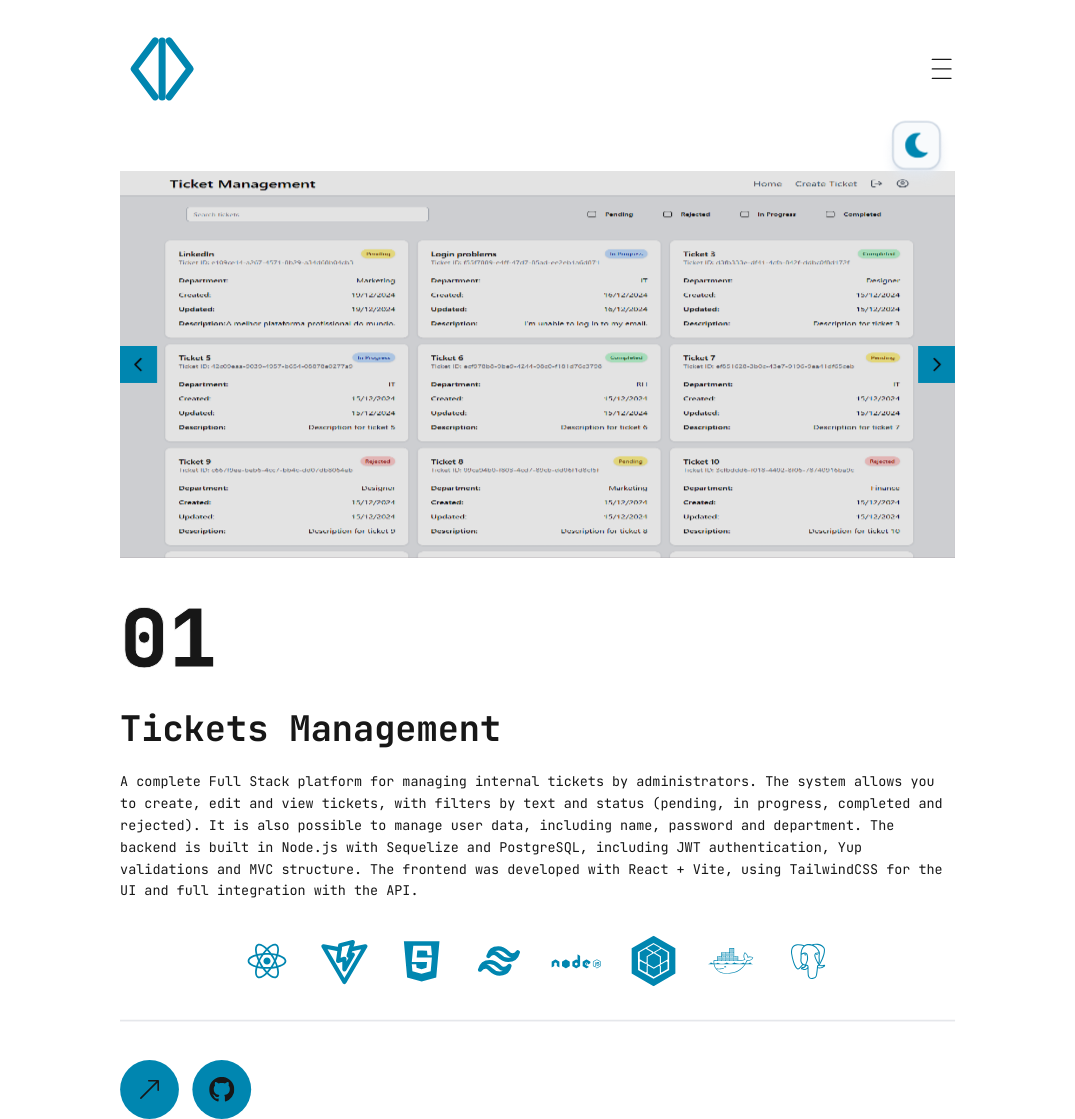
Repository: sergioscker/sergio-portfolio
Page: /work
These files come from the project's save history. The page is drawn as it stood at one moment and after a run of saves; the edit follows.
The browser window is 1280 px wide. The pictures show the whole page, at 84% of full size.
The project was rebuilt for these pictures with package versions that can differ from the ones it lists, and the page was loaded fresh each time. The framework's server and built-in components were replaced by stand-ins that run in the browser. Also part of the build but not shown: next.config.mjs.

Above is the page before, as saved 2025-05-19 21:22:36.

### app/layout.jsx
// fonts
import { JetBrains_Mono } from 'next/font/google';
import './globals.css';

//components
import PageTransition from '@/components/PageTransition';

// import StairTransition from '@/components/StairTransition';
import { Header } from '@/components/Header';
import ThemeSwitcher from '@/components/ThemeSwitcher';
import ThemeProviderWrapper from '@/components/ThemeProvider';
import ClientOnly from '@/components/ClientOnly';

// fonts style
const jetBrainsMono = JetBrains_Mono({
  subsets: ['latin'],
  variable: '--font-jetbrainsMono',
  weight: ['100', '200', '300', '400', '500', '600', '700', '800'],
  display: 'swap',
});

// SEO
export const metadata = {
  title: 'Sérgio Oliveira | Fullstack Developer',
  description:
    'Portfólio profissional de Sérgio Oliveira, desenvolvedor web fullstack especializado em JavaScript, React, Node.js, TypeScript e Next.js. Veja projetos de alta performance e design moderno.',
  keywords:
    'Sérgio Oliveira, Sergio Oliveira portfolio, desenvolvedor web, fullstack developer, frontend, JavaScript, React, Nextjs, Nodejs, TypeScript, projetos web',
  openGraph: {
    title: 'Portfólio | Sérgio Oliveira',
    description:
      'Explore os projetos desenvolvidos por Sérgio Oliveira: soluções modernas em React, Node.js, e mais.',

    url: 'https://sergioliveira-portfolio.vercel.app',
    type: 'website',
  },
  robots: {
    index: true,
    follow: true,
    nocache: false,
    googleBot: {
      index: true,
      follow: true,
    },
  },
};

export default function RootLayout({ children }) {
  return (
    <html lang="en">
      <head>
        <meta
          name="google-site-verification"
          content="S4CLoUW9Lhz9BwQGpCYQw1kK9LWIxFI2aWJaFR9xZfc"
        />
      </head>

      <body className={`${jetBrainsMono.variable}  antialiased`}>
        <ClientOnly>
          <ThemeProviderWrapper>
            <Header />

            <ThemeSwitcher />

            <PageTransition>{children}</PageTransition>
          </ThemeProviderWrapper>
        </ClientOnly>
      </body>
    </html>
  );
}

### app/work/page.jsx
'use client';

import Link from 'next/link';
import Image from 'next/image';

import { useState } from 'react';

// animations
import { motion } from 'framer-motion';

// slider
import { Swiper, SwiperSlide } from 'swiper/react';
import 'swiper/css';

// icons
import { BsArrowUpRight, BsGithub } from 'react-icons/bs';

import {
  SiStyledcomponents,
  SiSequelize,
  SiJest,
  SiTestinglibrary,
} from 'react-icons/si';

import {
  TbBrandTypescript,
  TbBrandPrisma,
  TbBrandTailwind,
  TbBrandNextjs,
  TbBrandVite,
  TbBrandFigma,
} from 'react-icons/tb';

import {
  DiHtml5,
  DiCss3,
  DiReact,
  DiJavascript,
  DiNodejs,
  DiAws,
  DiDocker,
  DiMongodb,
  DiPostgresql,
  DiGit,
} from 'react-icons/di';

import {
  Tooltip,
  TooltipContent,
  TooltipProvider,
  TooltipTrigger,
} from '@/components/ui/tooltip';

//components
import WorkSliderBtns from '@/components/WorkSliderBtns';

const projects = [
  {
    id: '01',
    title: 'Tickets Management',

    description: `A complete Full Stack platform for managing internal tickets by administrators. The system allows you to create, edit and view tickets, with filters by text and status (pending, in progress, completed and rejected). It is also possible to manage user data, including name, password and department.
    The backend is built in Node.js with Sequelize and PostgreSQL, including JWT authentication, Yup validations and MVC structure. The frontend was developed with React + Vite, using TailwindCSS for the UI and full integration with the API.`,

    image: '/assets/work/ticket-management.png',

    live: 'https://ticket-managment.vercel.app',

    github: 'https://github.com/sergioscker/ticket-management',

    stack: [
      { icon: <DiReact size={60} />, name: 'reactJS' },
      { icon: <TbBrandVite size={60} />, name: 'vite' },
      { icon: <DiJavascript size={60} />, name: 'javascript' },
      { icon: <TbBrandTailwind size={60} />, name: 'tailwindcss' },
      { icon: <DiNodejs size={60} />, name: 'nodeJS' },
      { icon: <SiSequelize size={60} />, name: 'ORM sequelize' },
      { icon: <DiDocker size={60} />, name: 'docker' },
      { icon: <DiPostgresql size={60} />, name: 'postgreSQL' },
    ],
  },
  {
    id: '02',
    title: 'Burger Shop',

    description: `BurgerShop is a full-stack application that provides a complete online burger shop experience,
      integrating a robust backend API with a fully responsive frontend interface.
      This project was developed using modern technologies, focusing on practicality,
      efficiency, and security, offering a comprehensive end-to-end solution.`,

    image: '/assets/work/burger shop.png',

    live: 'https://burguershop-eight.vercel.app',

    github: 'https://github.com/sergioscker/burguer-shop',

    stack: [
      { icon: <DiReact size={60} />, name: 'reactJS' },
      { icon: <DiJavascript size={60} />, name: 'javascript' },
      { icon: <SiStyledcomponents size={60} />, name: 'styled-components' },
      { icon: <DiNodejs size={60} />, name: 'nodeJS' },
      { icon: <DiDocker size={60} />, name: 'docker' },
      { icon: <DiPostgresql size={60} />, name: 'postgres' },
      { icon: <DiMongodb size={60} />, name: 'mongoDB' },
      { icon: <DiAws size={60} />, name: 'amazon web services' },
    ],
  },
  {
    id: '03',
    title: 'Tech Solutions',

    description: `I developed a Landing Page for Virtual Headsets using ReactJS,
    with styling done through the styled-components library.`,

    image: '/assets/work/tech solutions.png',

    live: 'https://tech-solutions-kappa.vercel.app',

    github: 'https://github.com/sergioliveira-developer/tech-solutions',

    stack: [
      { icon: <DiReact size={60} />, name: 'reactJS' },
      { icon: <TbBrandVite size={60} />, name: 'vite' },
      { icon: <DiJavascript size={60} />, name: 'javascript' },
      { icon: <DiHtml5 size={60} />, name: 'html5' },
      { icon: <SiStyledcomponents size={60} />, name: 'styled-components' },
      { icon: <TbBrandFigma size={60} />, name: 'figmadesigner' },
      { icon: <DiGit size={60} />, name: 'git' },
    ],
  },
  {
    id: '04',
    title: 'TodoList Pomodoro',

    description: `This is a web application that combines a To-Do List with the Pomodoro technique to boost productivity. It allows users to organize their tasks and manage their time using 25-minute work cycles interspersed with 5-minute breaks.`,

    image: '/assets/work/todo list.png',

    live: 'https://todo-list-with-pomodoro.vercel.app',

    github: 'https://github.com/sergioscker/todo-list-with-pomodoro',

    stack: [
      { icon: <DiReact size={60} />, name: 'reactJS' },
      { icon: <DiJavascript size={60} />, name: 'javascript' },
      { icon: <TbBrandTailwind size={60} />, name: 'tailwindcss' },
      { icon: <DiGit size={60} />, name: 'git' },
      { icon: <TbBrandVite size={60} />, name: 'vite' },
      { icon: <SiJest size={60} />, name: 'jest' },
      { icon: <SiTestinglibrary size={60} />, name: 'testing library' },
    ],
  },

  {
    id: '05',
    title: 'Finantial Control',

    description: `Financial Control is a full-stack application designed to manage and track personal finances.
    It includes a backend API built with NodeJS and TypeScript and a responsive frontend interface using React and Vite.
     The project provides a seamless way to visualize, manage, and track financial data with dynamic charts and detailed forms.`,

    image: '/assets/work/dev-bills.png',

    live: 'https://finantialcontrol.vercel.app',

    github: 'https://github.com/sergioscker/finantial-controls',

    stack: [
      { icon: <TbBrandTypescript size={60} />, name: 'typescript' },
      { icon: <DiJavascript size={60} />, name: 'javascript' },
      { icon: <SiStyledcomponents size={60} />, name: 'styled-components' },
      { icon: <DiMongodb size={60} />, name: 'mongoDB' },
      { icon: <DiNodejs size={60} />, name: 'nodeJS' },
      { icon: <DiGit size={60} />, name: 'git' },
    ],
  },

  {
    id: '06',
    title: 'Users Office',

    description: `This project, named Users-office 💻, is a React-based web application designed for a modern and interactive user experience.
    It uses the latest tools and dependencies to optimize development and ensure high performance in production.`,

    image: '/assets/work/users-office.png',

    live: 'https:/users-office.vercel.app',

    github: 'https:/github.com/sergioliveira-developer/Users-Office',

    stack: [
      { icon: <DiReact size={60} />, name: 'reactJS' },
      { icon: <DiJavascript size={60} />, name: 'javascript' },
      { icon: <SiStyledcomponents size={60} />, name: 'styled-components' },
      { icon: <DiNodejs size={60} />, name: 'nodeJS' },
      { icon: <DiMongodb size={60} />, name: 'mongodb' },
      { icon: <TbBrandPrisma size={60} />, name: 'prisma' },
      { icon: <DiGit size={60} />, name: 'git' },
    ],
  },

  {
    id: '07',
    title: 'Convert Money',

    description: `Currency converter made using HTML, CSS and JavaScript languages.
    Conversion can be made from Brazilian Real to US Dollar, Euro, Pound or Bitcoins.`,

    image: '/assets/work/convert-money.png',

    live: 'https:/converter-coins.vercel.app',

    github: 'https:/github.com/sergioliveira-developer/Convert-Money',

    stack: [
      { icon: <DiHtml5 size={60} />, name: 'html5' },
      { icon: <DiCss3 size={60} />, name: 'css3' },
      { icon: <DiJavascript size={60} />, name: 'javascript' },
      { icon: <DiGit size={60} />, name: 'git' },
    ],
  },
];

const Work = () => {
  const [project, setProject] = useState(projects[0]);

  const handleSlideChange = (swiper) => {
    // get current slide index
    const currentIndex = swiper.activeIndex;

    // update project state based on current slide index
    setProject(projects[currentIndex]);
  };

  return (
    <motion.section
      initial={{ opacity: 0 }}
      animate={{
        opacity: 1,
        transition: { delay: 2.4, duration: 0.4, ease: 'easeIn' },
      }}
      className="min-h-[30vh] flex flex-col justify-center xl:p-8"
    >
      <div className="container mx-auto pt-18 mt-10">
        <div className="flex flex-col xl:flex-row xl:gap-[30px] ">
          {/* projects container */}
          <div
            className="w-full xl:w-[50%] flex
           flex-col justify-between order-2 xl:order-none xl:min-h-[460px]"
          >
            <div className="flex flex-col gap-[30px] h-[50%]">
              {/* outline id */}
              <div className="text-8xl leanding-none font-extrabold dark:text-transparent text-outline mb-2">
                {project.id}
              </div>

              {/* projects category */}
              <h2
                className="text-[42px] font-bold leading-none dark:text-white
               group-hover:text-accent-hover transition-all duration-500 capitalize"
              >
                {project.title}
              </h2>

              {/* projects description */}
              <p className="dark:text-white/60 leading-relaxed">
                {project.description}
              </p>

              {/* stacks */}
              <ul className="flex justify-center items-center gap-3 flex-wrap">
                {project.stack.map((item, index) => {
                  return (
                    <li key={index} className="text-xl text-accent">
                      <TooltipProvider delayDuration={100}>
                        <Tooltip>
                          <TooltipTrigger className="w-[80px] h-[80px] p-8 rounded-md bg-white/5 flex justify-center items-center group">
                            <span className="dark:text-white text-4xl group-hover:text-accent-hover">
                              {item.icon}
                            </span>
                          </TooltipTrigger>

                          <TooltipContent>
                            <span>{item.name}</span>
                          </TooltipContent>
                        </Tooltip>
                      </TooltipProvider>
                    </li>
                  );
                })}
              </ul>

              {/* border */}
              <div className="border dark:border-white/20"></div>

              {/* buttons */}
              <div className="flex items-center gap-4 mt-4">
                {/* live project button */}
                <Link
                  href={project.live}
                  target="_blank"
                  rel="noopener noreferrer"
                >
                  <TooltipProvider delayDuration={100}>
                    <Tooltip>
                      <TooltipTrigger className="w-[70px] h-[70px] rounded-full dark:bg-white/5 bg-accent flex justify-center items-center group">
                        <BsArrowUpRight className="dark:text-white text-3xl group-hover:text-accent-hover" />
                      </TooltipTrigger>

                      <TooltipContent>
                        <p>Live project</p>
                      </TooltipContent>
                    </Tooltip>
                  </TooltipProvider>
                </Link>

                {/* github project button */}
                <Link
                  href={project.github}
                  target="_blank"
                  rel="noopener noreferrer"
                >
                  <TooltipProvider delayDuration={100}>
                    <Tooltip>
                      <TooltipTrigger className="w-[70px] h-[70px] rounded-full dark:bg-white/5 bg-accent flex justify-center items-center group">
                        <BsGithub className="dark:text-white text-3xl group-hover:text-accent-hover" />
                      </TooltipTrigger>

                      <TooltipContent>
                        <p>GitHub repository</p>
                      </TooltipContent>
                    </Tooltip>
                  </TooltipProvider>
                </Link>
              </div>
            </div>
          </div>

          {/* sliders container */}
          <div className="w-full xl:w-[50%]">
            <Swiper
              spaceBetween={30}
              slidesPerView={1}
              className="xl:h-[520px] mb-12"
              onSlideChange={handleSlideChange}
            >
              {projects.map((project, index) => {
                return (
                  <SwiperSlide key={index} className="w-full ">
                    <div
                      className="h-[460px] relative group flex justify-center
                    items-center bg-pink-50/20"
                    >
                      {/* overlay */}
                      <div className="absolute top-0 bottom-0 w-full h-full bg-black/10 z-10"></div>

                      {/* project image */}
                      <div className="relative w-full h-full">
                        <Image
                          src={project.image}
                          className="object-fill"
                          quality={100}
                          sizes="(max-width: 768px) 100vw, (max-width: 1280px) 50vw, 50vw"
                          alt="project-image"
                          fill
                        />
                      </div>
                    </div>
                  </SwiperSlide>
                );
              })}

              {/* slider buttons */}
              <WorkSliderBtns
                containerStyles="flex gap-2 absolute right-0 bottom-[calc(50%_-_22px)]
                xl:bottom-0 z-20 w-full justify-between xl:w-max xl:justify-none"
                btnStyles="bg-accent hover:bg-accent-hover text-primary text-[22px]
                 w-[44px] h-[44px] flex justify-center items-center transition-all"
              />
            </Swiper>
          </div>
        </div>
      </div>
    </motion.section>
  );
};

export default Work;

### app/globals.css
@tailwind base;
@tailwind components;
@tailwind utilities;

@layer base {
  body {
    @apply font-primary bg-white text-neutral-900 leading-loose;
    @apply dark:bg-primary dark:text-white leading-loose;
    font-family: var(--font-jetbrainsMono);
  }

  .h1 {
    @apply text-[48px] xl:text-[80px] leading-[1.1] font-semibold;
  }

  .h2 {
    @apply text-[36px] xl:text-[48px] leading-[1.1] font-semibold;
  }

  .h3 {
    @apply text-[20px] xl:text-[32px] leading-[1.1] font-semibold;
  }
}

/* Estilos personalizados */
.text-outline {
  -webkit-text-stroke: 1px #ffffff;
}

.text-outline-hover {
  -webkit-text-stroke: 1px #4a8fff;
}

### components/PageTransition.jsx
'use client';

import { AnimatePresence, motion } from 'framer-motion';
import { usePathname } from 'next/navigation';

const PageTransition = ({ children }) => {
  const pathname = usePathname();

  return (
    <AnimatePresence>
      <div key={pathname}>
        <motion.div
          initial={{ opacity: 1 }}
          animate={{
            opacity: 0,
            transition: { delay: 1, duration: 0.4, ease: 'easeInOut' },
          }}
          className="h-screen w-screen fixed bg-primary top-0 pointer-events-none"
        />
        {children}
      </div>
    </AnimatePresence>
  );
};

export default PageTransition;

### components/Header.jsx
import Link from 'next/link';
import { Button } from './ui/button';

//components
import Nav from './Nav';
import MobileNav from './MobileNav';
import Image from 'next/image';

export const Header = () => {
  return (
    <header className="py-8 xl:py-14 dark:text-white">
      <div className="container mx-auto flex justify-between items-center">
        {/* logo */}
        <Link href="/">
          <Image
            src="/assets/icon.svg"
            alt="icon"
            priority
            quality={100}
            width={100}
            height={100}
            draggable="false"
          />
        </Link>

        {/* desktop nav & hire me button */}
        <div className="hidden xl:flex items-center gap-8">
          <Nav />
          <Link href="/contact">
            <Button>Hire me</Button>
          </Link>
        </div>

        {/* mobile nav */}
        <div className="xl:hidden">
          <MobileNav />
        </div>
      </div>
    </header>
  );
};

### components/ThemeSwitcher.jsx
'use client';

import { useTheme } from 'next-themes';
import { FaSun, FaMoon } from 'react-icons/fa';

export default function ThemeSwitcher() {
  const { theme, setTheme } = useTheme();

  return (
    <button
      className="dark:bg-neutral-900 bg-slate-50 hover:text-accent-hover text-accent fixed right-3
    lg:right-40 top-[6.1rem] md:top-36 p-3 border-2 hover:border-slate-400 border-slate-300
     dark:border-neutral-800 dark:hover:border-neutral-500
     rounded-2xl shadow-lg dark:shadow-black shadow-slate-200
     transition delay-100 ease-linear z-40"
      onClick={() => setTheme(theme === 'dark' ? 'light' : 'dark')}
    >
      {theme === 'dark' ? <FaSun size={30} /> : <FaMoon size={30} />}
    </button>
  );
}

### components/ThemeProvider.jsx
'use client';

import { ThemeProvider } from 'next-themes';

export default function ThemeProviderWrapper({ children }) {
  return <ThemeProvider attribute="class">{children}</ThemeProvider>;
}

### components/ClientOnly.jsx
'use client';

import { useEffect, useState } from 'react';

export default function ClientOnly({ children }) {
  const [hasMounted, setHasMounted] = useState(false);

  useEffect(() => {
    setHasMounted(true);
  }, []);

  if (!hasMounted) {
    return null;
  }

  return <>{children}</>;
}

### components/ui/tooltip.jsx
'use client';

import * as React from 'react';
import * as TooltipPrimitive from '@radix-ui/react-tooltip';

import { cn } from '@/lib/utils';

const TooltipProvider = TooltipPrimitive.Provider;

const Tooltip = TooltipPrimitive.Root;

const TooltipTrigger = TooltipPrimitive.Trigger;

const TooltipContent = React.forwardRef(
  ({ className, sideOffset = 4, ...props }, ref) => (
    <TooltipPrimitive.Content
      ref={ref}
      sideOffset={sideOffset}
      className={cn(
        'z-50 overflow-hidden rounded-md border border-slate-200 bg-slate-700  px-3 py-1.5 text-sm text-white shadow-md animate-in fade-in-0 zoom-in-95 data-[state=closed]:animate-out data-[state=closed]:fade-out-0 data-[state=closed]:zoom-out-95 data-[side=bottom]:slide-in-from-top-2 data-[side=left]:slide-in-from-right-2 data-[side=right]:slide-in-from-left-2 data-[side=top]:slide-in-from-bottom-2 dark:border-slate-800 dark:bg-white dark:text-slate-900',
        className,
      )}
      {...props}
    />
  ),
);
TooltipContent.displayName = TooltipPrimitive.Content.displayName;

export { Tooltip, TooltipTrigger, TooltipContent, TooltipProvider };

### components/WorkSliderBtns.jsx
'use client';

import { useSwiper } from 'swiper/react';
import { PiCaretLeftBold, PiCaretRightBold } from 'react-icons/pi';

const WorkSliderBtns = ({ containerStyles, btnStyles, iconsStyles }) => {
  const swiper = useSwiper();

  return (
    <div className={containerStyles}>
      <button className={btnStyles} onClick={() => swiper.slidePrev()}>
        <PiCaretLeftBold className={iconsStyles} />
      </button>

      <button className={btnStyles} onClick={() => swiper.slideNext()}>
        <PiCaretRightBold className={iconsStyles} />
      </button>
    </div>
  );
};

export default WorkSliderBtns;

### components/Nav.jsx
'use client';

import Link from 'next/link';
import { usePathname } from 'next/navigation';

const links = [
  {
    name: 'home',
    path: '/',
  },
  {
    name: 'services',
    path: '/services',
  },
  {
    name: 'resume',
    path: '/resume',
  },
  {
    name: 'work',
    path: '/work',
  },
  {
    name: 'contact',
    path: '/contact',
  },
];

const Nav = () => {
  const pathname = usePathname();

  return (
    <nav className="flex gap-8">
      {links.map((link, index) => {
        return (
          <Link
            href={link.path}
            key={index}
            className={`${
              link.path === pathname && 'text-accent border-b-2 border-accent'
            } capitalize font-medium hover:text-accent-hover transition-all`}
          >
            {link.name}
          </Link>
        );
      })}
    </nav>
  );
};

export default Nav;

Loaded but not shown: lib/utils.js (common file); tailwind.config.js (40 lines, source omitted); components/ui/sheet.jsx (122 lines, source omitted); components/MobileNav.jsx (89 lines, source omitted); components/ui/button.jsx (46 lines, source omitted)

After the next 4 saves:
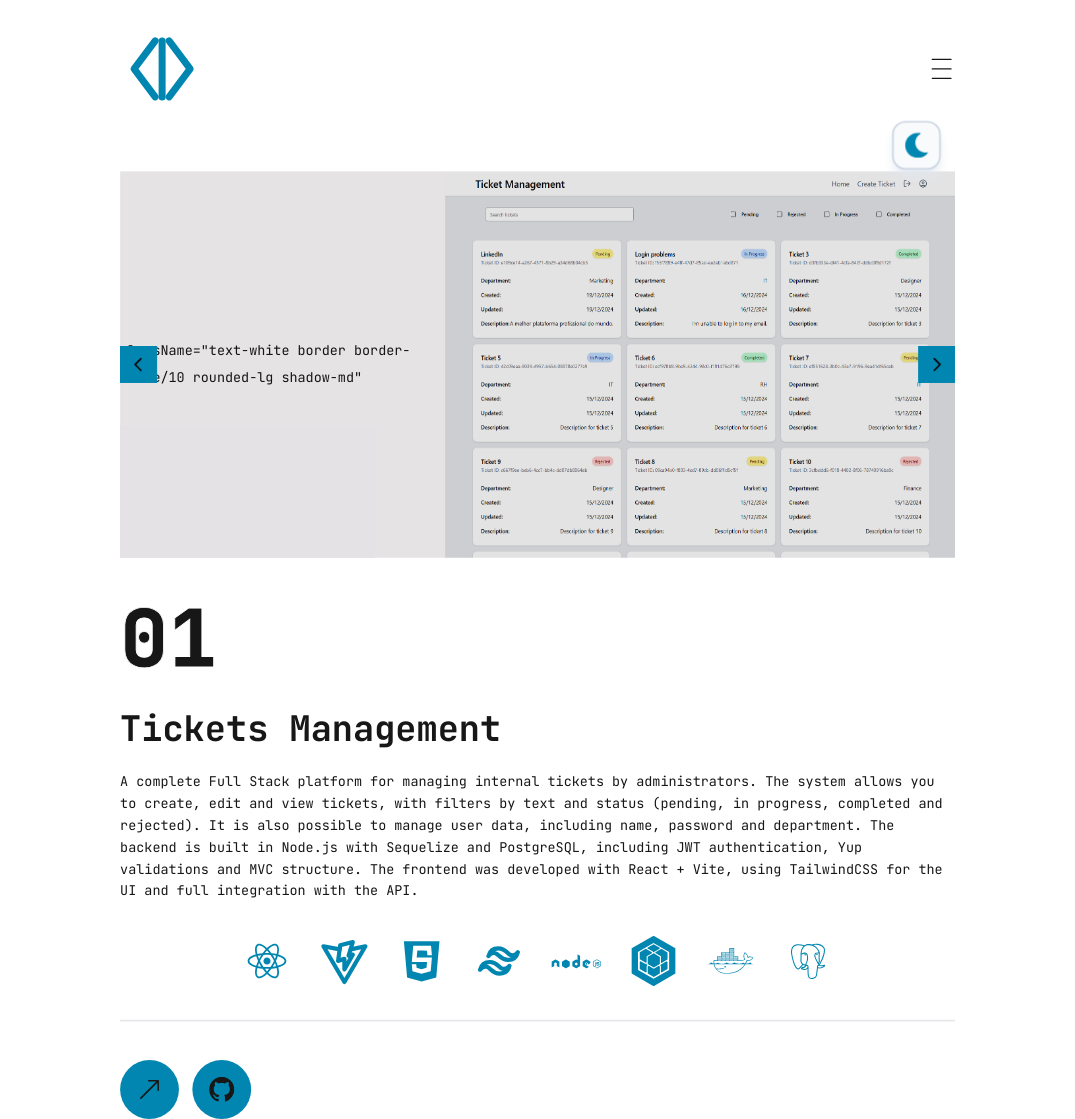
The 4 saves are shown as one change because they came seconds apart.
The last was saved 74 s later.
--- a/app/work/page.jsx
+++ b/app/work/page.jsx
@@ -351,6 +351,8 @@ const Work = () => {
                       className="h-[460px] relative group flex justify-center
                     items-center bg-pink-50/20"
                     >
+                                            className="text-white border border-white/10 rounded-lg shadow-md"
+
                       {/* overlay */}
                       <div className="absolute top-0 bottom-0 w-full h-full bg-black/10 z-10"></div>
 
